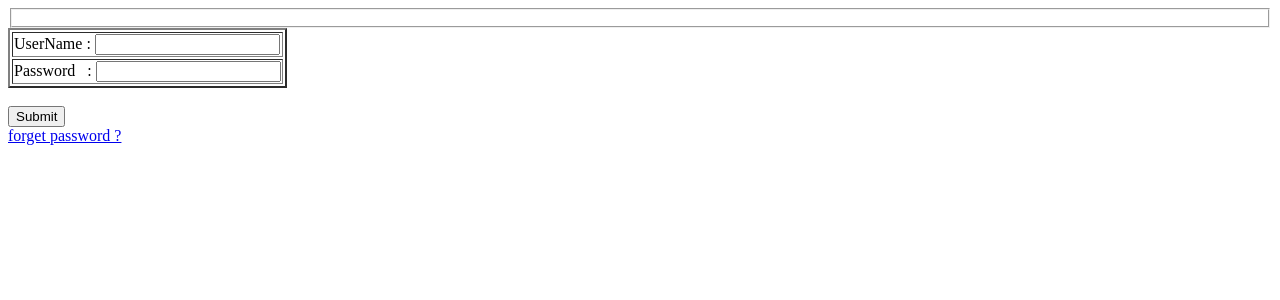
Repository: vishaldhardubey/Java-Programs-BridgeIT
Page: Maven/StudentInfoApplication/WebContent/loginPage.html
The author's editor kept a copy of each file at every save. The page is drawn from the files as they stood at one save, then again after the next save.
The browser window is 1280 px wide. The pictures show the whole page.

Above is the page before, as saved 2018-06-20 06:25:26.

After the next save:
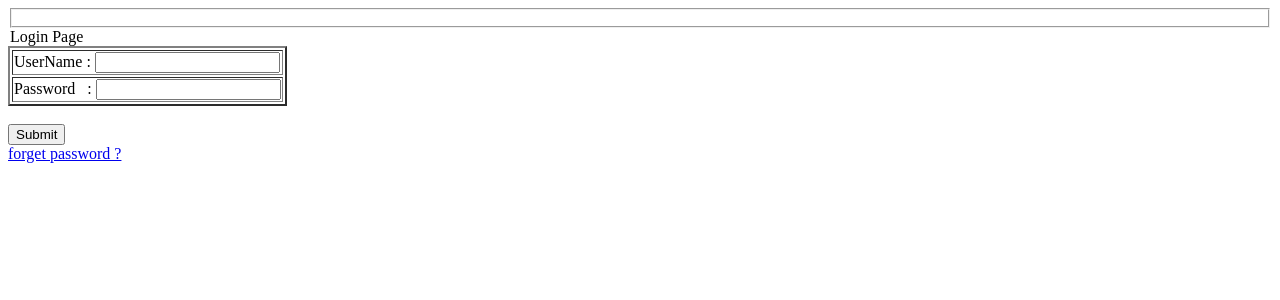
Saved 28 s later.
--- a/Maven/StudentInfoApplication/WebContent/loginPage.html
+++ b/Maven/StudentInfoApplication/WebContent/loginPage.html
@@ -11,7 +11,8 @@ function Validation(){
 </script>
 </head>
 <body>
-<fieldset title="change Password"></fieldset>
+<fieldset title="Change Password"></fieldset>
+<legend> Login Page</legend>
 <form action="login" method="POST">
 	<table border="2">
 	<tr>
